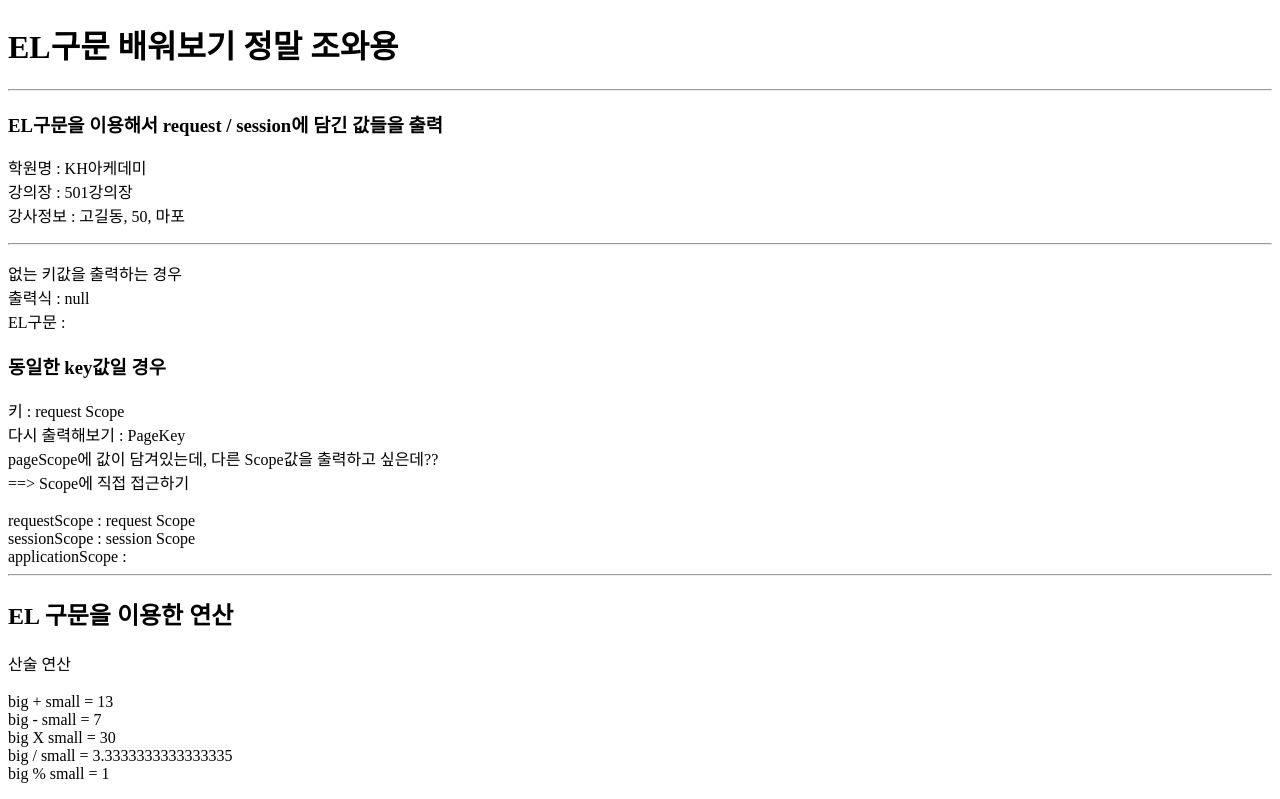
Repository: ghksl0204-shapa/dynamic-web
Page: http://localhost/ActionProject/el.do
An editor plug-in stored every save of this project. The page is shown before and after the next save, followed by the edit.
The browser window is 1280 px wide. The pictures show the whole page.
The page is served by Tomcat 9. Other server files are loaded and not shown.

Above is the page before, as saved 2026-05-06 06:26:30.

### ActionProject/src/main/webapp/WEB-INF/views/01_el.jsp
<%@ page language="java" contentType="text/html; charset=UTF-8"
    pageEncoding="UTF-8"%>
<%@ page import="com.kh.el.model.dto.Person" %>
<!DOCTYPE html>
<html>
<head>
<meta charset="UTF-8">
<title>UltraSuperPower JSP</title>
</head>
<body>

	<h1>EL구문 배워보기 정말 조와용</h1>

	<%--
	<!--

	<%
		String classRoom = (String)request.getAttribute("classRoom");
		Person student = (Person)request.getAttribute("student");

		String academy = (String)session.getAttribute("academy");
		Person lecture = (Person)session.getAttribute("lecture");
	%>

	<p>
		학원명 : <%= academy %> <br>
		강의장 : <%= classRoom %> <br>
		강사정보 : <%= lecture.getName() %>, <%= lecture.getAge() %>, <%= lecture.getAddress() %> <br><br>

		수강생 정보
		<ul>
			<li>이름 : <%= student.getName() %></li>
			<li>나이 : <%= student.getAge() %></li>
			<li>주소 : <%= student.getAddress() %></li>
		</ul>
	</p>
	-->
	--%>

	<hr>

	<h3>EL구문을 이용해서 request / session에 담긴 값들을 출력</h3>

	<p>
		학원명 : ${ academy } <br>
		강의장 : ${ classRoom } <br>
		강사정보 : ${ lecture.name }, ${ lecture.age }, ${ lecture.address } <br>

		<!--
			실제로 필드에 직접 접근 하는것은 불가능
			.name => getName()
			내부적으로 getter메소드를 찾아서 호출해서 값을 출력하는 구조
		 -->
	</p>

	<hr>

	<p>
		없는 키값을 출력하는 경우 <br>

		출력식 : <%= request.getAttribute("clasRoom") %> <br>
		EL구문 : ${ clasRoom } <br>
	</p>

	<h3>동일한 key값일 경우</h3>

	키 : ${ key } <br>

	<%
		// page Scope 에 추가
		pageContext.setAttribute("key", "PageKey");
	%>

	다시 출력해보기 : ${ key } <br>

	<!--
		EL구문은 가장 작은 범위의 scope부터 키값을 찾음
		page => request => session => application순으로 키 값을 검색

		모든 영역을 다 찾았는데 키가 존재하지 않는다 ? => 아무일도 일어나지 않음 오류 안남
	 -->

	 pageScope에 값이 담겨있는데, 다른 Scope값을 출력하고 싶은데?? <br>

	 ==> Scope에 직접 접근하기 <br><br>

	 requestScope : ${ requestScope.key } <br>
	 sessionScope : ${ sessionScope.key } <br>
	 applicationScope : ${ applicationScope.key } <br>

	 <hr>

	 <h2>EL 구문을 이용한 연산</h2>

	 <p>
	 	산술 연산 <br><br>

	 	big + small = ${ big + small }<br>
	 	big - small = ${ big - small }<br>
	 	big X small = ${ big * small }<br>
	 	big / small = ${ big / small }<br>
	 	big % small = ${ big % small }<br>
	 </p>























</body>
</html>

### ActionProject/src/main/java/com/kh/el/controller/ElServlet.java
package com.kh.el.controller;

import java.io.IOException;
import java.util.ArrayList;

import javax.servlet.ServletException;
import javax.servlet.annotation.WebServlet;
import javax.servlet.http.HttpServlet;
import javax.servlet.http.HttpServletRequest;
import javax.servlet.http.HttpServletResponse;
import javax.servlet.http.HttpSession;

import com.kh.el.model.dto.Person;

@WebServlet("/el.do")
public class ElServlet extends HttpServlet {
	private static final long serialVersionUID = 1L;

    public ElServlet() {
        super();
    }

	protected void doGet(HttpServletRequest request, HttpServletResponse response) throws ServletException, IOException {
		// 만약 서블릿에서 응답할 데이터가 존재 한다면!!!
		// JSP로 포워딩을 할 때 request.setAttribute("name값", "value값") -> forward ~~
		// request -> Servlet 내장객체 / Scope 객체

		// application / session / request / page

		/*
		 * 1. application scope : ServletContext
		 * 한 애플리케이션 당, 딱 한개 존재하는 객체
		 * 이 영역에 데이터를 담으면 애플리케이션 전역에서 사용 가능
		 *
		 *
		 * 2. session scope : HttpSession
		 * 하나의 브라우저 당, 한 개 존재하는 객체
		 * 이 영역에 데이터를 담으면 JSP / Servlet 단에서 사용 가능
		 * 값이 한 번 담기면 서버를 멈추건, 세션을 비우거나, 브라우저가 닫히기 전까지는 계속 사용 가능
		 *
		 * 3. request scope : HttpServletRequest
		 * 요청 및 응답 시 매법 생성되는 객체
		 * 이 영역에 데이터를 담으면 해당 request 를 포워딩 받는 응답 JSP 에서만 사용가능 (1회성)
		 *
		 * 4. page scope : PageContext
		 * JSP페이지에서만 사용가능
		 *
		 * => 위 객체들에 속성을 추가할 때는 .setAttribute("name값", 벨류);
		 * 							  .getAttribute("namer값");
		 * 							  .removeAttribute("name값");
		 */
		// DTO(VO) 한 개, List<DTO>, int, String

		request.setAttribute("classRoom", "501강의장");
		request.setAttribute("student", new Person("홍길동", 15, "한양"));

		// sessionScope
		HttpSession session = request.getSession();
		session.setAttribute("academy", "KH아케데미");
		session.setAttribute("lecture", new Person("고길동", 50, "마포"));

		request.setAttribute("key", "request Scope");
		session.setAttribute("key", "session Scope");

		// 숫자
		request.setAttribute("small", 3);
		request.setAttribute("big", 10);

		// 문자열
		request.setAttribute("strOne", "안녕");
		request.setAttribute("setTwo", new String("안녕"));

		// 객체
		request.setAttribute("obj", new Person("콩쥐", 20, "콩쥐네"));

		// 리스트
		request.setAttribute("list", new ArrayList());

		// 응답 뷰 배정 -> 포워딩
		request.getRequestDispatcher("/WEB-INF/views/01_el.jsp").forward(request, response);


	}

	protected void doPost(HttpServletRequest request, HttpServletResponse response) throws ServletException, IOException {
		doGet(request, response);
	}




















}

### ActionProject/src/main/java/com/kh/el/model/dto/Person.java
package com.kh.el.model.dto;

public class Person {

	private String name;
	private int age;
	private String address;

	public Person() {
		super();
	}

	public Person(String name, int age, String address) {
		super();
		this.name = name;
		this.age = age;
		this.address = address;
	}

	public String getName() {
		return name;
	}

	public void setName(String name) {
		this.name = name;
	}

	public int getAge() {
		return age;
	}

	public void setAge(int age) {
		this.age = age;
	}

	public String getAddress() {
		return address;
	}

	public void setAddress(String address) {
		this.address = address;
	}

	@Override
	public String toString() {
		return "Person [name=" + name + ", age=" + age + ", address=" + address + "]";
	}

}

After the next save:
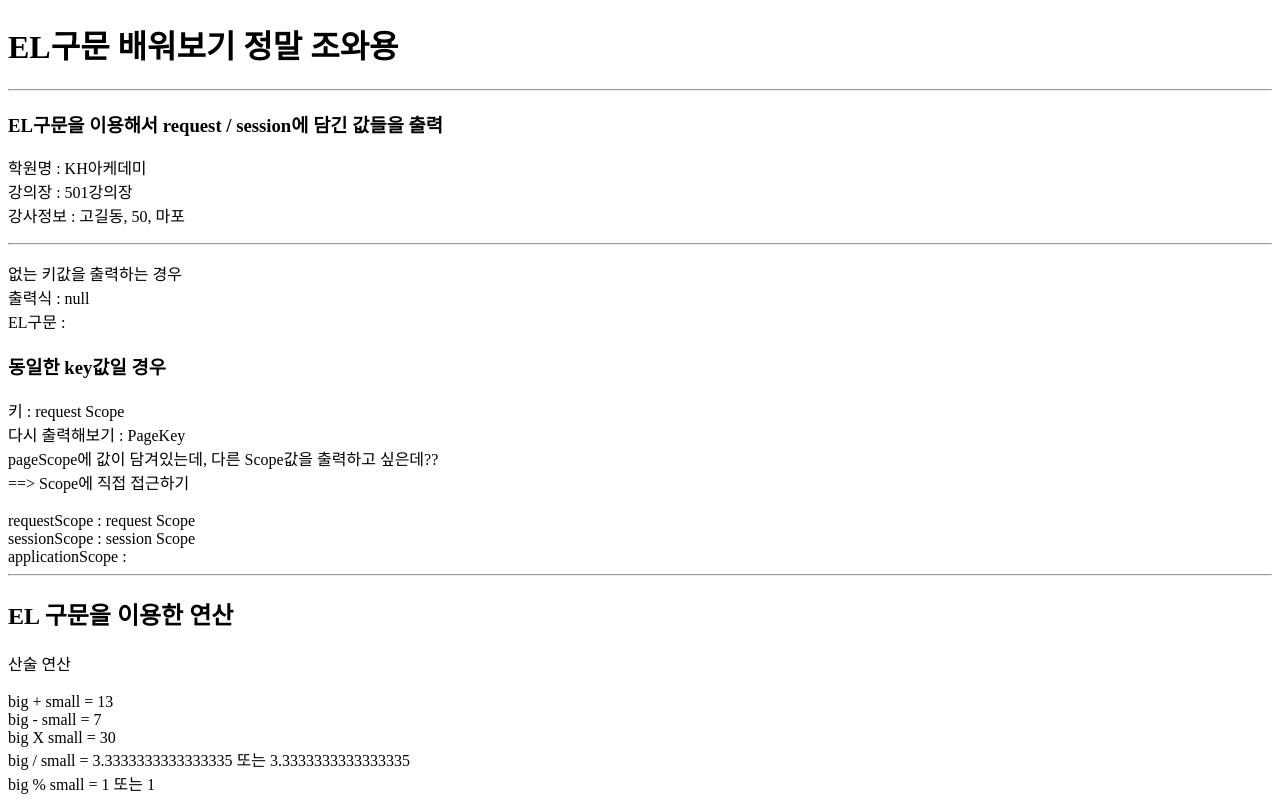
Saved 45 s later.
--- a/ActionProject/src/main/webapp/WEB-INF/views/01_el.jsp
+++ b/ActionProject/src/main/webapp/WEB-INF/views/01_el.jsp
@@ -98,8 +98,8 @@
 	 	big + small = ${ big + small }<br>
 	 	big - small = ${ big - small }<br>
 	 	big X small = ${ big * small }<br>
-	 	big / small = ${ big / small }<br>
-	 	big % small = ${ big % small }<br>
+	 	big / small = ${ big / small } 또는 ${ big div small }<br>
+	 	big % small = ${ big % small } 또는 ${ big mod small }<br>
 	 </p>
 
 
